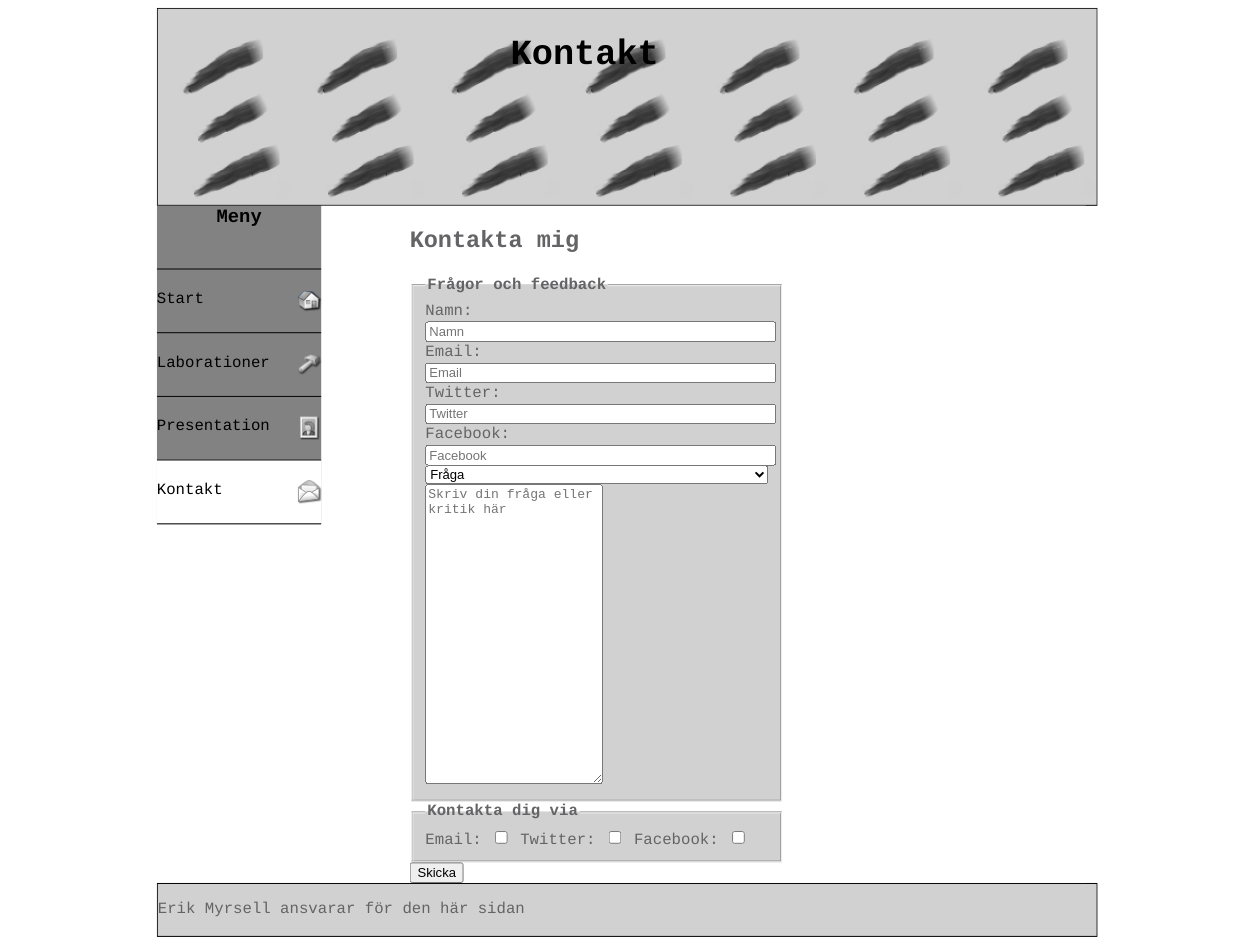
Repository: em222mt/1IK415_em222mt
Page: pages/kontakt.html
The author's editor kept a record of every edit. The page is drawn from the files as they stood at one moment, then again after the next edit.
The browser window is 1280 px wide. The pictures show the whole page, at 98% of full size.

Above is the page before.

### pages/kontakt.html
<!doctype html>
<html lang="sv">

<head>
     <meta charset="utf-8">
     <title>Kontakt</title>

     <link rel="stylesheet" href="../css/basic.css">
     <link rel="stylesheet" href="../css/print.css">
</head>

    <body>
        <div id="container">

            <div id="header">

            <h1 class="headertitle">Kontakt</h1>

            </div>

            <div id="navigation">

            <ul>
                <li>Meny</li>
                <li><a href="../index.html">Start</a><a id="home-icon" href="../index.html"></a></li>
                <li><a href="laborationer.html">Laborationer</a><a id="work-icon" href="laborationer.html"></a></li>
                <li><a href="presentation.html">Presentation</a><a id="bio-icon" href="presentation.html"></a></li>
                <li class="active"><a href="kontakt.html">Kontakt</a><a id="contact-icon" href="kontakt.html"></a></li>
            </ul>

            </div>

            <div id="content">

            <div id="contact">

            <h2>Kontakta mig</h2>

            <!-- Formulär börjar här -->

            <form id="form" action="http://voyager.lnu.se/tekinet/kurser/dtt/wp_webbintro/form.php" method="post">
                <fieldset>
                    <legend class="formframe">Frågor och feedback</legend>

                        <label class="formunit" for="namn">Namn:</label>
                        <input class="formunit" placeholder="Namn" type="text" name="namn" id="namn" />

                        <label class="formunit" for="email">Email:</label>
                        <input class="formunit" placeholder="Email" type="text" name="email" id="email" />

                        <label class="formunit" for="twitter">Twitter:</label>
                        <input class="formunit" placeholder="Twitter" type="text" name="twitter" id="twitter" />

                        <label class="formunit" for="facebook">Facebook:</label>
                        <input class="formunit" placeholder="Facebook" type="text" name="facebook" id="facebook" />


                        <select class="formunit" name="fråga eller feedback">
                            <option value="Fråga" selected> Fråga </option>
                            <option value="Ris"> Ris </option>
                            <option value="Ros"> Ros </option>
                        </select>


                        <textarea id="formtext" for="textarea" cols="20" rows="20" placeholder="Skriv din fråga eller kritik här"></textarea>

               </fieldset>

               <fieldset>
                   <legend class="formframe">Kontakta dig via</legend>

                        <label for="recepientemail">Email:</label>
                        <input type="checkbox" name="recepientemail" id="recepientemail" />
                        <label for="recepienttwitter">Twitter:</label>
                        <input type="checkbox" name="recepienttwitter" id="recepienttwitter" />
                        <label for="recepientfacebook">Facebook:</label>
                        <input type="checkbox" name="recepientfacebook" id="recepientfacebook" />

                </fieldset>

                <input id="formsubmit" type="submit" value="Skicka" />

            </form>

            </div>

            </div>

            <div id="footer">

                <p>Erik Myrsell ansvarar för den här sidan</p>

            </div>

        </div>

    </body>
</html>

### css/basic.css
/*
Background main: #FFFFFF
Background aside: #838283
Background header/footer: #D1D1D1
text-color: #646466
*/

/*Layout*/

a:link 	    { color: black; }
a:visited 	{ color: gray; }
a:focus 	{ color: #838283; }
a:hover	    { color: #6495ED; background-color: white;}
a:active 	{ color: #FFFFFF; }

/*Container*/

#container {
    max-width: 960px;
    overflow: auto;
    margin: 0 auto;
}

/*----------------------------------------*/

/*Header*/

#header {
    border-style: solid;
    border-width: 1px;
    width: 958px;
    background-color: #D1D1D1;
    background-image: url(../pics/Logo5.png);
    background-repeat: round;
    background-position: left;
    text-indent: 300px;
    height: 200px;
}

/*----------------------------------------*/

/*Navigation*/

#navigation{
    float: left;
    color: #646466;
    background-color: #838283;
    width: 168px;
}

#navigation li{
    border-bottom: 1px solid black;
    height: 64px;
}

#navigation a{
    float: left;
}

#navigation ul {
    list-style-type: none;
    margin: 0;
    padding: 0;
}

#navigation > ul > li:nth-child(1){
    color: black;
    font-weight: bold;
    font-size: 1.2em;
    text-align: center;
}

#navigation a:nth-child(2) {
    float: left;
    background-image: url(pics/sprite.png);
    display: block;
    width: 24px;
    height: 24px;
    position: relative;
    top: 20px;
}

#home-icon          { background-position: 0 -48px;}
#home-icon:hover    { background-position: 0 0;}

#work-icon          { background-position: 0 -144px; }
#work-icon:hover    { background-position: 0 -96px; }

#bio-icon           { background-position: 0 -240px;}
#bio-icon:hover     { background-position: 0 -192px;}

#contact-icon       { background-position: 0 -336px;}
#contact-icon:hover { background-position: 0 -288px;}


#navigation a:nth-child(1){
    display: block;
    width: 144px;
    height: 24px;
    color: black;
    text-decoration: none;
    margin-top: 20px;
    margin-bottom: 20px;
}

#navigation li:hover:nth-child(n+2) { color: #6495ED; background-color: white;}

li.active {
    background-color: white;
}

/*----------------------------------------*/

/*Content*/

#content {
    float: left;
    max-width: 788px;
    background-color: #FFFFFF;
    padding-right: 70px;
    padding-left: 70px;
}

#content, p {
    color: #646466;
    font-family: courier , serif;
    line-height: 130%;
    width: 640px;
}

/*----------------------------------------*/

/*Footer*/

#footer {
    border-style: solid;
    border-width: 1px;
    clear: both;
    max-width: 958px;
    background-color: #D1D1D1;
}

/*----------------------------------------*/

/*Storleksanpassat bild i inlägg 2*/
#gubbe {
    max-width: 450px;
}

/*fonts*/
h1, h2, h3, ul, ol, li, form, a {
    color: #646466;
    font-family: courier , serif;
    line-height: 130%;
}

/*----------------------------------------*/

/*Tabell på laboration.html*/

#content table tr td {
    width: 40%;
    border: 2px solid #838283;
    text-align: center;
    border-top-right-radius: 5px;
    border-bottom-right-radius: 5px;

}

#table th {
    border: 2px solid #838283;
    font-size: 1.03em;
    border-top-right-radius: 5px;
    border-bottom-right-radius: 5px;
}

tfoot {
    font-size: 1.03em;
}

/*----------------------------------------*/

/*Lagt till padding för att bulka upp index- och kontaktsidan.*/
#blogg {
    padding-right: 30px;
    padding-left: 30px;
}

#contact {
    padding-right: 20px;
    padding-left: 20px;
}

/*----------------------------------------*/

/*Anpassat headerns text*/

.headertitle {
    text-indent: 360px;
    color: black;
    font-size: 2.25em;
}

/*----------------------------------------*/

/*Lagt till en bild vid blogginläggen*/

h3.entry {
    background-image: url(../pics/post.png);
    background-repeat: no-repeat;
    background-position: top left;
    text-indent: 35px;
}
.entrypic {
    float: right;
    width: 35%;
}

/*----------------------------------------*/

/*Formulär*/

#form fieldset {
    width: 350px;
    background-color: #D1D1D1;
}

.formframe {
    font-weight: bold;
}

.formunit {
    float: left;
    width: 100%;
}
/*----------------------------------------*/

### css/print.css
/*
Background main: #FFFFFF
Background aside: #838283
Background header/footer: #D1D1D1
text-color: #646466
*/

/*Layout*/

a:link 	    { color: black; }
a:visited 	{ color: gray; }
a:focus 	{ color: #838283; }
a:hover	    { color: #6495ED; }
a:active 	{ color: #FFFFFF; }

/*Tryck ihop text för utskrift och ändra färgr*/

@media print {
    a, h1, h2, h3, p, table {
        color: #000000;
        background-color: #ffffff;
        max-width: 500px;
    }
}

@media print {
    ul, ol, dl, li {
        color: #000000;
        background-color: #ffffff;
        max-width: 400px;
    }
}
/*--------------------------------------*/

/*Content*/
@media print {
    #content {
        color: #000000;
        background-color: #ffffff;
        /*display: none;*/
        border: none;
        max-width: 960px;
    }
}
/*--------------------------------------*/

/*Dölj bilder och annan media*/

@media print {
    #gubbe {
        display: none;
    }
}

@media print {
#blogg > div:nth-child(2) > img {
    display: none;
}
}

@media print {
.video {
    display: none;
}
}

@media print {
#bild {
    display: none;
}
}
/*--------------------------------------*/

@media print{
       a:after{content:" (" attr(href) ") ";

       }
}
/*Navigation*/

@media print {
#navigation {
    display: none;
    border: none;
    color: #ffffff;
    background-color: #ffffff;
    }
}
/*--------------------------------------*/

/*header*/

@media print {
    #header {
        color: #ffffff;
        background-color: #ffffff;
        display: none;
        border: none;
        border-style: none;
    }
}
/*--------------------------------------*/

/*header*/
@media print {
    #footer {
        color: #000000;
        background-color: #ffffff;
        display: none;
        border: none;
        border-style: none;
    }
}
/*--------------------------------------*/

After the next edit:
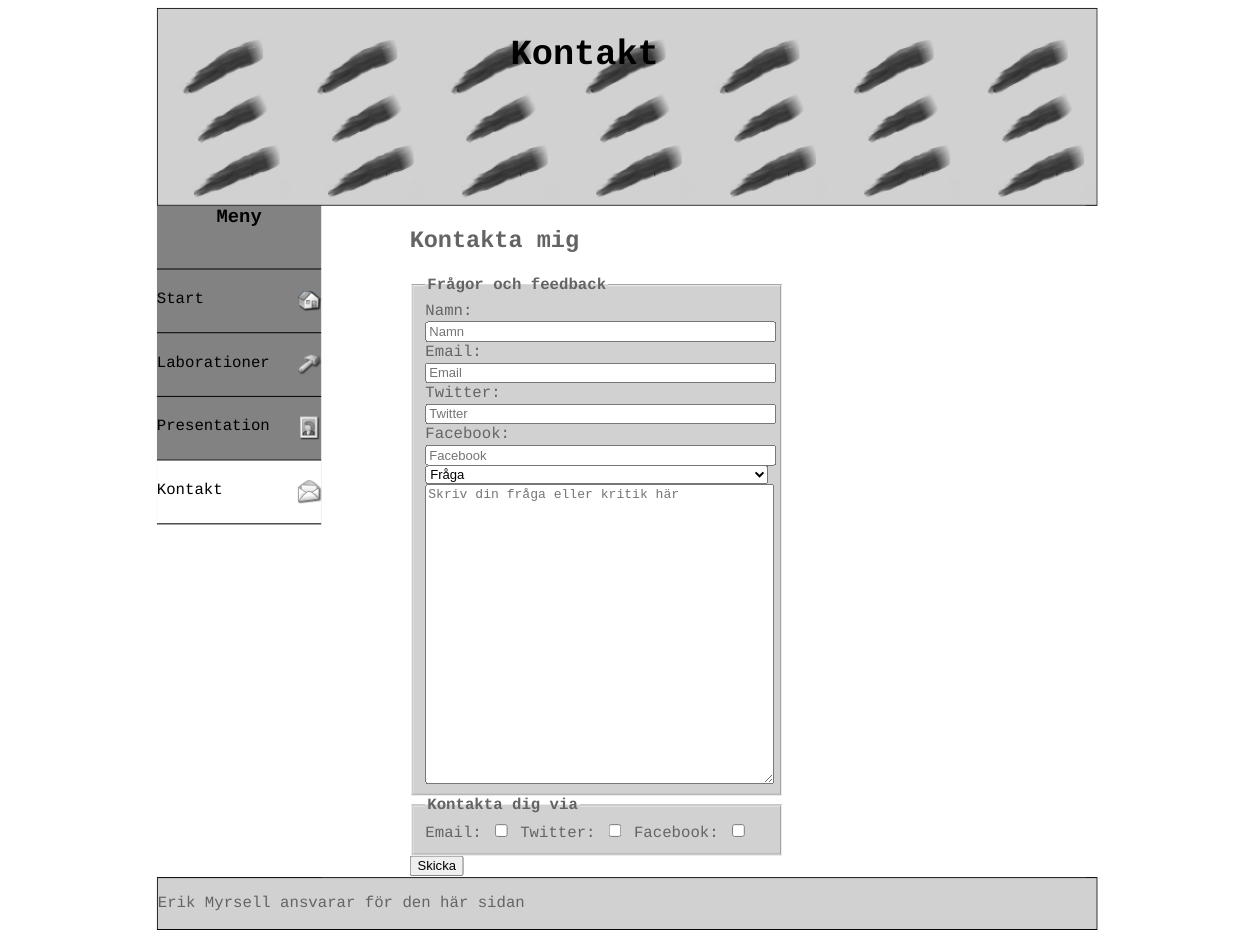
The edit:
--- a/pages/kontakt.html
+++ b/pages/kontakt.html
@@ -62,7 +62,7 @@
                         </select>
 
 
-                        <textarea id="formtext" for="textarea" cols="20" rows="20" placeholder="Skriv din fråga eller kritik här"></textarea>
+                        <textarea class="formunit" id="formtext" for="textarea" cols="20" rows="20" placeholder="Skriv din fråga eller kritik här"></textarea>
 
                </fieldset>
 
